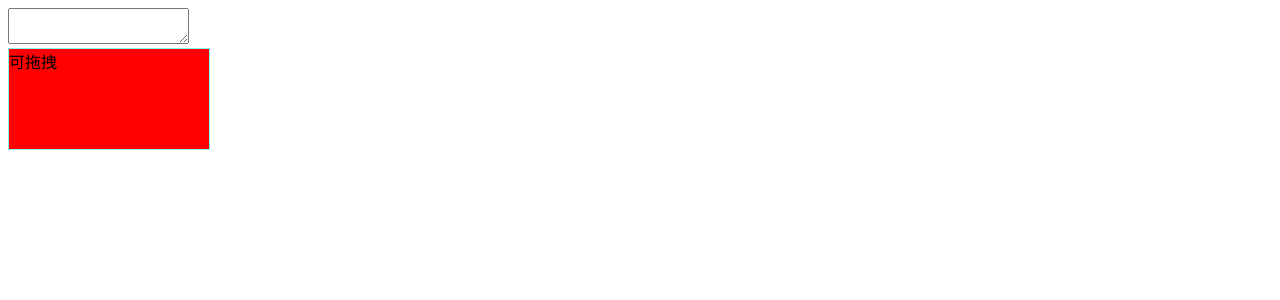
Repository: ArtemisWang/webpack
Page: src/index.html
The author's editor kept a copy of each file at every save. The page is drawn from the files as they stood at one save, then again after the next save.
The browser window is 1280 px wide. The pictures show the whole page.
Some web libraries are served in a nearby version.

Above is the page before, as saved 2020-02-16 19:07:53.
Console error: ReferenceError: define is not defined

After the next save:
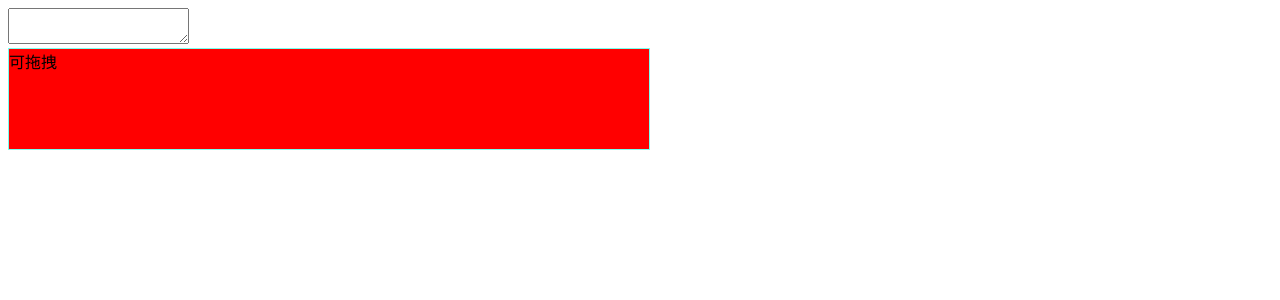
The error is gone.
Saved 2 min 24 s later.
--- a/src/index.html
+++ b/src/index.html
@@ -4,7 +4,7 @@
     <meta charset="UTF-8">
     <meta name="viewport" content="width=device-width, initial-scale=1.0">
     <title>Webpack演示</title>
-    <script src="https://cdn.bootcss.com/jquery/3.4.0/core.js"></script>
+    <script src="./jquery-3.4.1.js"></script>
     <style type="text/css">
         #div1 {
             border:solid #7fe 1px;
